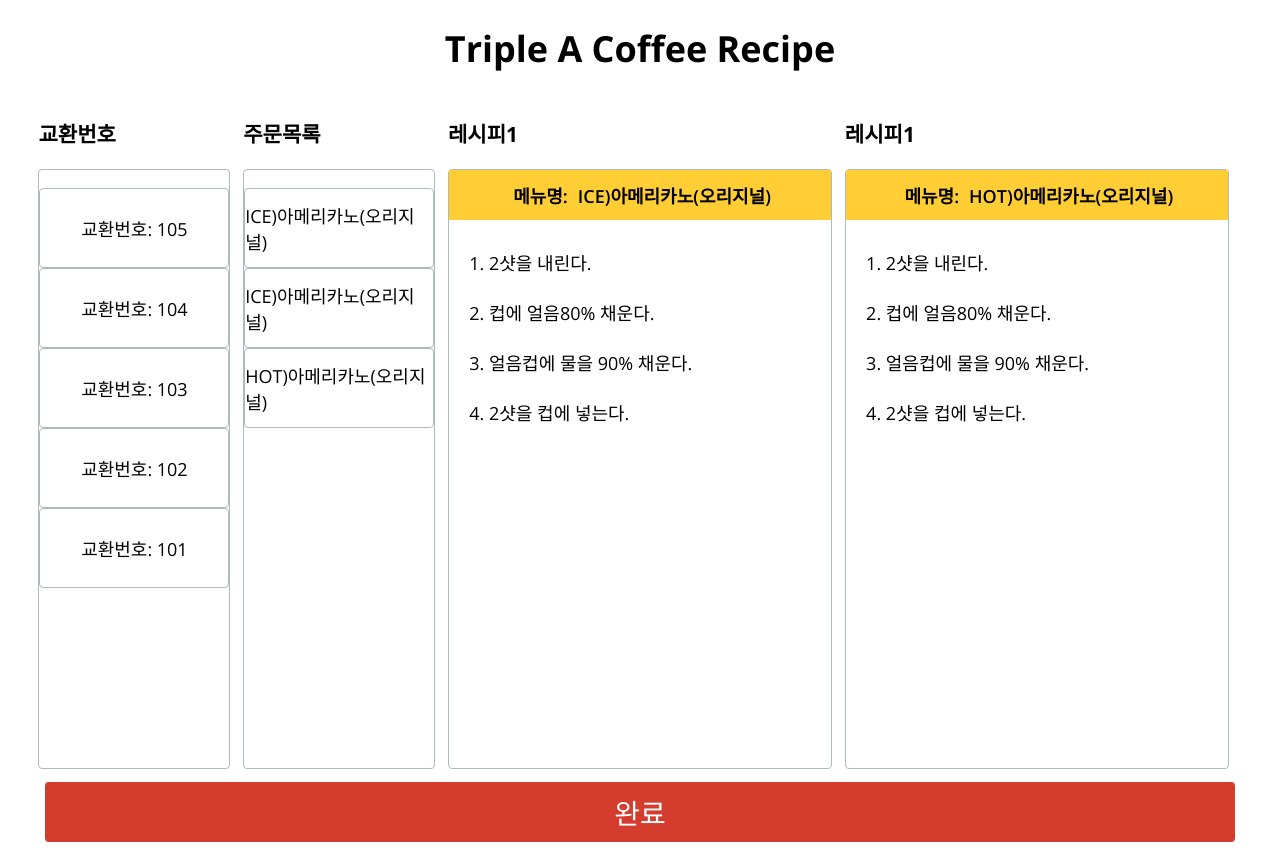
Repository: leebo-ram/tripleacoffee
Page: recipe/recipe.html
These files come from the project's save history. The page is drawn as it stood at one moment and after the next save; the edit follows.
The browser window is 1280 px wide. The pictures show the whole page.
Some web libraries are served in a nearby version.

Above is the page before, as saved 2023-01-07 20:50:32.

After the next save:
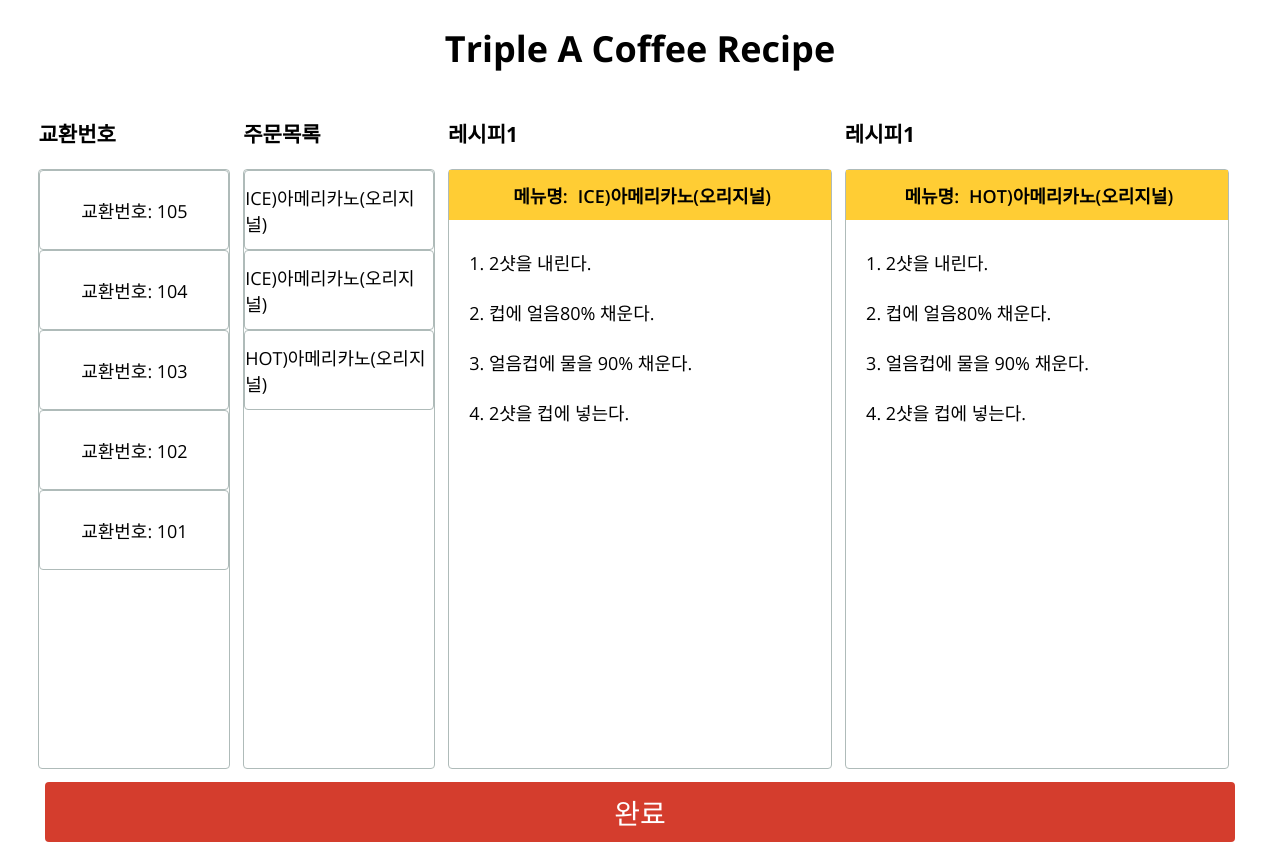
Saved 6 s later.
--- a/style2.css
+++ b/style2.css
@@ -1317,7 +1317,7 @@
   border-radius: var(--size-border-radius);
 }
 
-.orderNum button, .orderList button,
+.orderNum ul, .orderList ul,
 .recipe1 ul, .recipe2 ul {
   margin: 0;
 }
@@ -1404,6 +1404,6 @@
   border: 1px solid var(--color-white);
 }
 
-.orderNum.selected{
+.prod-quantity__form.selected{
   border: 1px solid var(--color-triple-light-red);
 }
